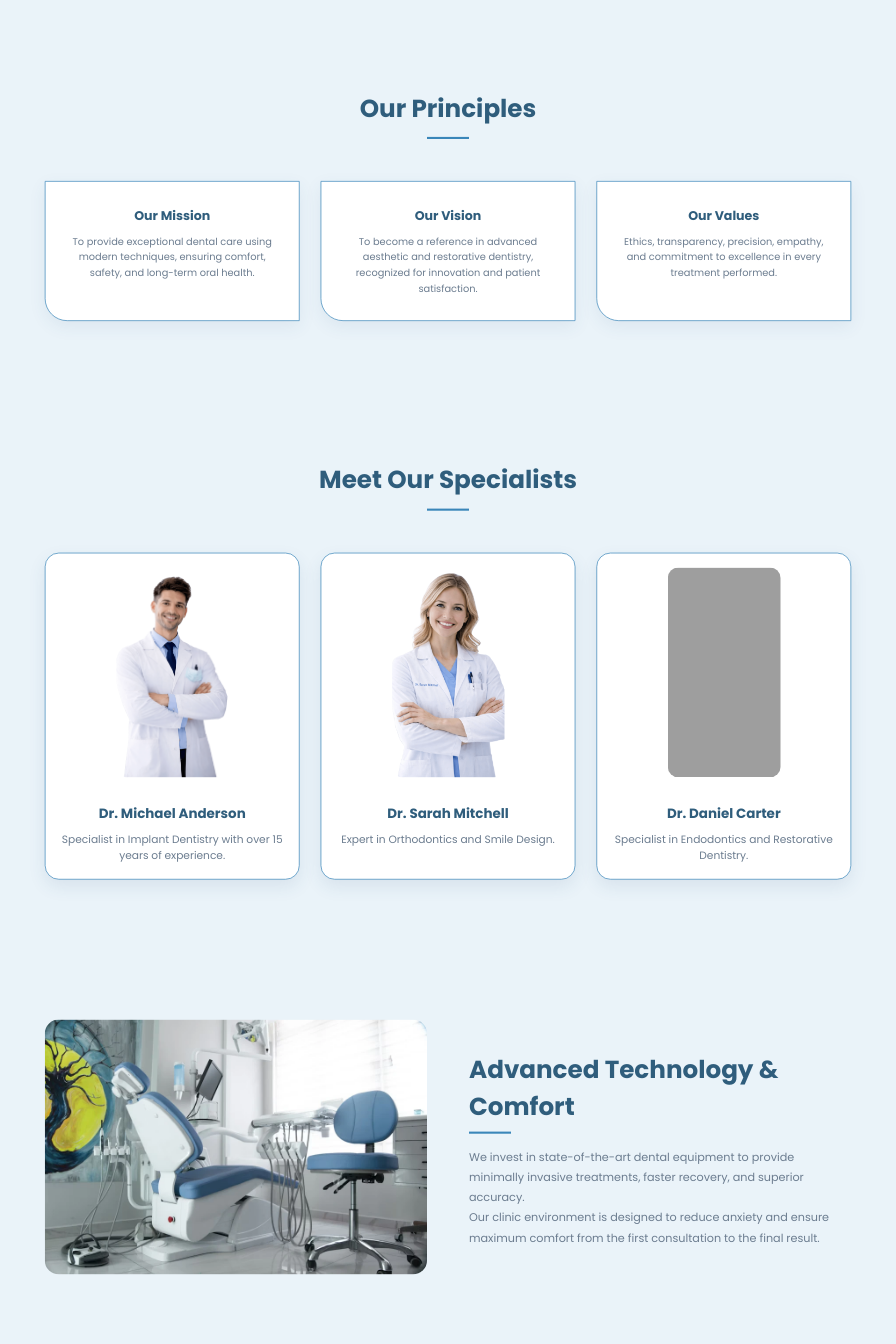
Repository: davidfsillva/OdontoPrime
Page: about.html
These files come from the project's save history. The page is drawn as it stood at one moment and after the next save; the edit follows.
The browser window is 1280 px wide. The pictures show the part of the page from y = 1021 to 2941 px (the page is 3504 px tall), at 70% of full size.
Pictures or frames that could not be fetched are drawn as grey boxes. A picture or video elsewhere on the page could not be fetched, so the positions and the page height are approximate.

Above is the page before, as saved 2026-02-16 23:02:56.

After the next save:
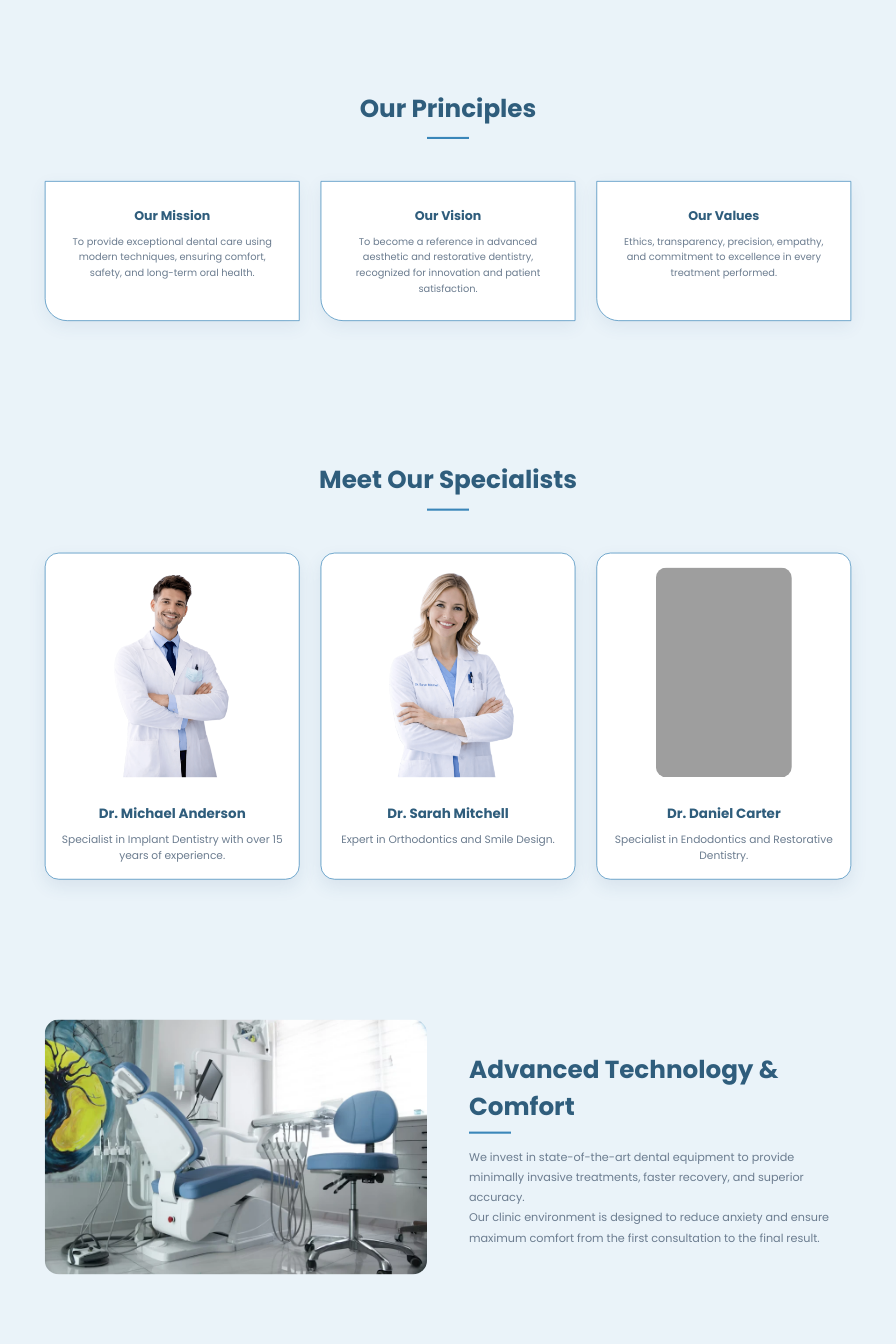
Saved 6 s later.
--- a/style.css
+++ b/style.css
@@ -470,7 +470,7 @@ nav a.active{
 
 /* Imagem maior e proporcional */
 .departments.about-cards .card img {
-    width: 50%;          /* ocupa toda a largura do card */
+    width: 60%;          /* ocupa toda a largura do card */
     height: 300px;        /* altura maior */
     object-fit: cover;    /* mantém proporção e recorta excesso */
     border-radius: 15px;  /* cantos arredondados */
